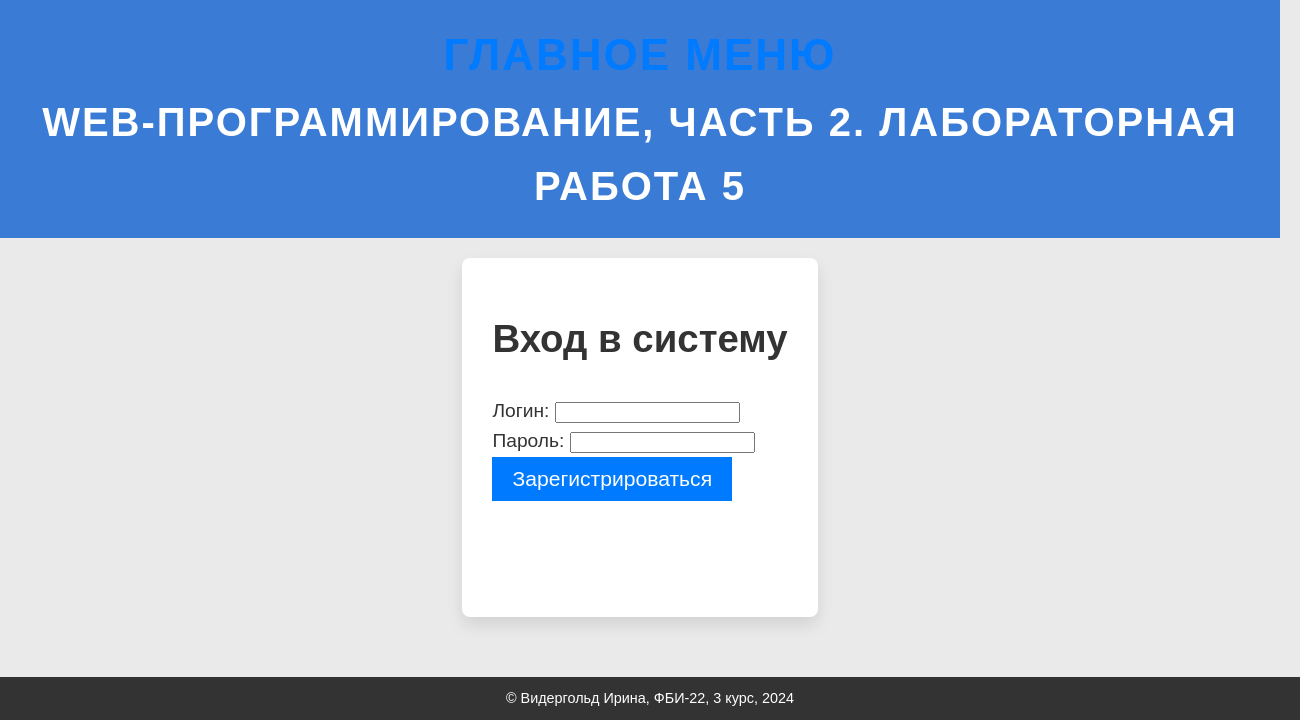
Repository: vidergooold/web-programming-labs_2-
Page: templates/lab5/login.html
These files come from the project's save history. The page is drawn as it stood at one moment and after a run of saves; the edit follows.
The browser window is 1280 px wide. The page is 1300 px wide, so the pictures cover 1300 px, including what lies to the right of the window. The pictures show the whole page.
The template is drawn by Flask 3. The application's start-up code is not run. Other server files are loaded and not shown. The template is opened directly, without the code that normally fills it, so the values that code supplies are empty.

Above is the page before, as saved 2024-11-11 18:51:35.

### templates/lab5/login.html
{% extends "base.html" %}

{% block lab %}Лабораторная работа 5{% endblock %}

{% block main %}
    <h1>Вход в систему</h1>
    <form action="/lab5/login" method="post">
        <div>
            <label>Логин: <input type="text" name="login"></label>
        </div>

        <div>
            <label>Пароль: <input type="password" name="password"></label>
        </div>

        <div>
            <button type="submit">Зарегистрироваться</button>
        </div>
    </form>
{% endblock %}

### templates/base.html
<!DOCTYPE html>
<html lang="ru">
<head>
    <meta charset="UTF-8">
    <meta name="viewport" content="width=device-width, initial-scale=1.0">
    <title>Видергольд Ирина. {% block lab %}{% endblock %}</title>
    <link rel="stylesheet" href="{{ url_for('static', filename='main.css' )}}">
    <link rel="icon" href="{{ url_for('static', filename='favicon.ico') }}" type="image/x-icon">

    <style>
        body {
            {% if request.cookies.get('color') %}
            color: {{ request.cookies.get('color') }};
            {% endif %}
            {% if request.cookies.get('background_color') %}
            background-color: {{ request.cookies.get('background_color') }};
            {% endif %}
            {% if request.cookies.get('font_size') %}
            font-size: {{ request.cookies.get('font_size') }}px;
            {% endif %}
            {% if request.cookies.get('font_style') %}
            font-style: {{ request.cookies.get('font_style') }};
            {% endif %}
        }
    </style>
</head>
<body>
    <header>
        <a href="/">Главное меню</a><br>
        WEB-программирование, часть 2. {{ self.lab() }}
    </header>

    <main>
        {% block main %}{% endblock %}
    </main>

    <footer>
        &copy; Видергольд Ирина, ФБИ-22, 3 курс, 2024
    </footer>
</body>
</html>

### static/main.css
/* Общие стили для всего приложения */
body {
    font-family: 'Arial', sans-serif;
    background-color: #eaeaea;
    color: #333;
    line-height: 1.6;
    margin: 0;
    padding: 0;
    display: flex;
    flex-direction: column;
    min-height: 100vh; /* Задаем минимальную высоту для всего body */
}

/* Стили для header */
header {
    background-color: #3a7bd5;
    color: white;
    padding: 20px;
    text-align: center;
    font-size: 2.5em;
    font-weight: bold;
    text-transform: uppercase;
    letter-spacing: 2px;
}

/* Стили для main */
main {
    background-color: #ffffff;
    padding: 30px;
    margin: 20px auto;
    max-width: 800px;
    box-shadow: 0 8px 16px rgba(0, 0, 0, 0.1);
    border-radius: 8px;
    font-size: 1.2em;
    flex: 1; /* Главный контент занимает всю доступную высоту */
}

/* Стили для footer */
footer {
    background-color: #333;
    color: white;
    text-align: center;
    padding: 10px;  /* Увеличенный padding для более просторного футера */
    font-size: 0.9em;
    margin-top: 40px;
    width: 100%;
}

/* Стили для футера главной страницы */
.footer-home {
    position: fixed; /* Закрепляем футер внизу окна */
    bottom: 0;
    left: 0;
    right: 0;
    background-color: #333;
    color: white;
    text-align: center;
    padding: 20px;
    font-size: 0.9em;
    width: 100%;
    margin: 0; /* Убираем все отступы */
    box-sizing: border-box; /* Учитываем padding внутри ширины */
}

footer a {
    color: #4CAF50;
    text-decoration: none;
}

footer a:hover {
    text-decoration: underline;
}

/* Стили для заголовков и ссылок */
h1 {
    color: #2c3e50;
    text-align: center;
    margin-top: 20px;
}

a {
    color: #007bff;
    text-decoration: none;
    font-size: 1.1em;
}

a:hover {
    text-decoration: underline;
}

/* Стили для контейнера */
.container {
    max-width: 900px;
    margin: 0 auto;
    padding: 20px;
}

/* Стили для изображений */
img {
    width: 700px;
    height: auto;
    border-radius: 10px;
}

/* Стили для nav и списка */
nav ul {
    list-style: none;
    padding: 0;
    text-align: center;
}

nav ul li {
    display: inline-block;
    margin: 0 10px;
}

/* Дополнительные стили */
button {
    background-color: #007bff;
    color: white;
    border: none;
    padding: 10px 20px;
    cursor: pointer;
    font-size: 1.1em;
}

button:hover {
    background-color: #0056b3;
}

/* Стили для таблицы */
table {
    width: 100%;
    border-collapse: collapse;
    margin-bottom: 20px;
}

table, th, td {
    border: 1px solid #ccc;
}

th, td {
    padding: 10px;
    text-align: left;
}

th {
    background-color: #f2f2f2;
    font-weight: bold;
    font-size: 1.1em;
}

td {
    background-color: #fff;
    font-size: 1em;
}

h1 {
    text-align: center;
    font-size: 2em;
    margin-top: 20px;
    color: #333;
}

/* Стили для карточек ягод */
.berry-list {
    display: flex;
    justify-content: space-around; /* Распределение карточек с равными отступами */
    align-items: flex-start; /* Выравнивание карточек по верхнему краю */
    flex-wrap: wrap; /* Карточки могут переноситься на новую строку при необходимости */
    margin: 0 auto;
    padding: 20px;
    max-width: 1200px; /* Делаем контейнер шире для всех карточек */
}

.berry-item {
    width: 220px; /* Ширина карточки, чтобы все ягоды были примерно одинакового размера */
    background-color: white;
    padding: 20px;
    margin: 10px;
    text-align: center;
    border: 1px solid #ddd;
    border-radius: 8px;
    box-shadow: 0 4px 8px rgba(0, 0, 0, 0.1);
    transition: transform 0.3s ease;
}

.berry-item img {
    width: 120px; /* Увеличиваем размер изображения для большей четкости */
    height: auto;
    margin-bottom: 15px;
}

.berry-item h3 {
    margin: 10px 0 5px;
    font-size: 18px;
    color: #333;
}

.berry-item p {
    font-size: 14px;
    color: #666;
}

.berry-item:hover {
    transform: translateY(-10px); /* Эффект при наведении */
}

.error {
    color: red;
    font-weight: bold;
    font-size: 0.9em;
    margin-left: 10px;
}

After the next 2 saves:
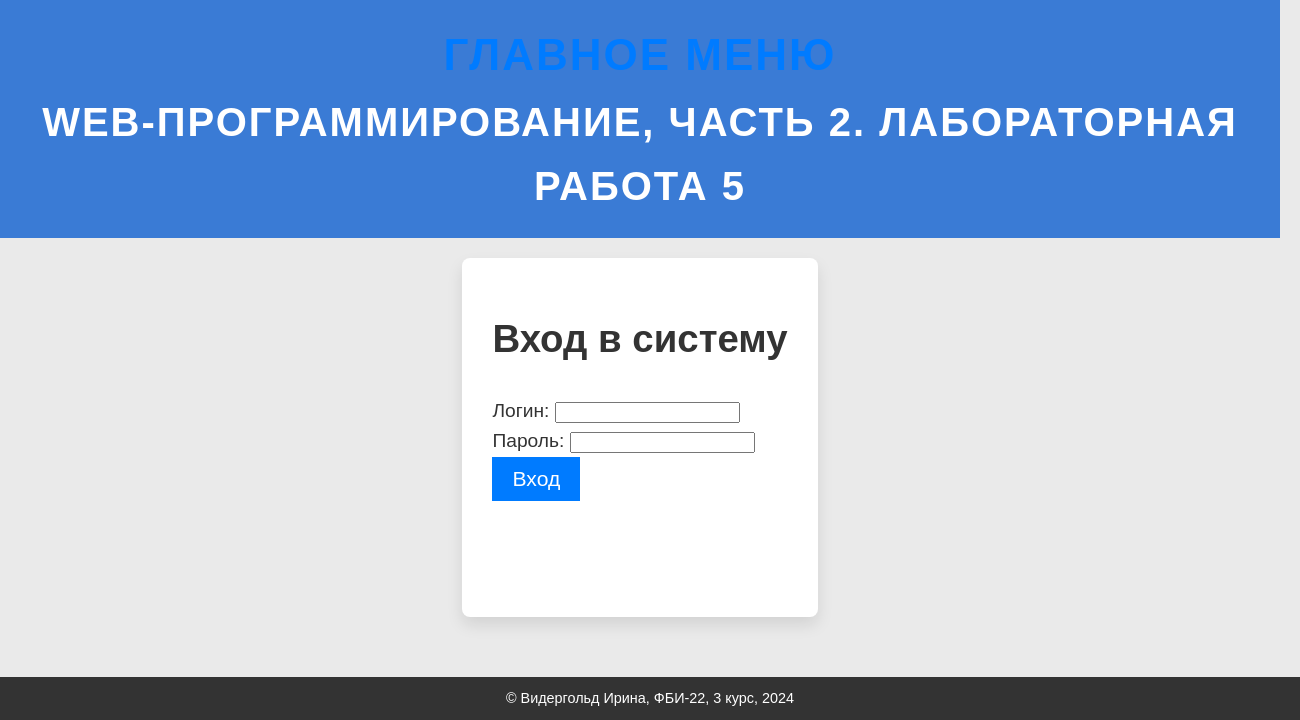
The 2 saves are shown as one change because they came seconds apart.
The last was saved 21 s later.
--- a/templates/lab5/login.html
+++ b/templates/lab5/login.html
@@ -14,7 +14,7 @@
         </div>
 
         <div>
-            <button type="submit">Зарегистрироваться</button>
+            <button type="submit">Вход</button>
         </div>
     </form>
 {% endblock %}
